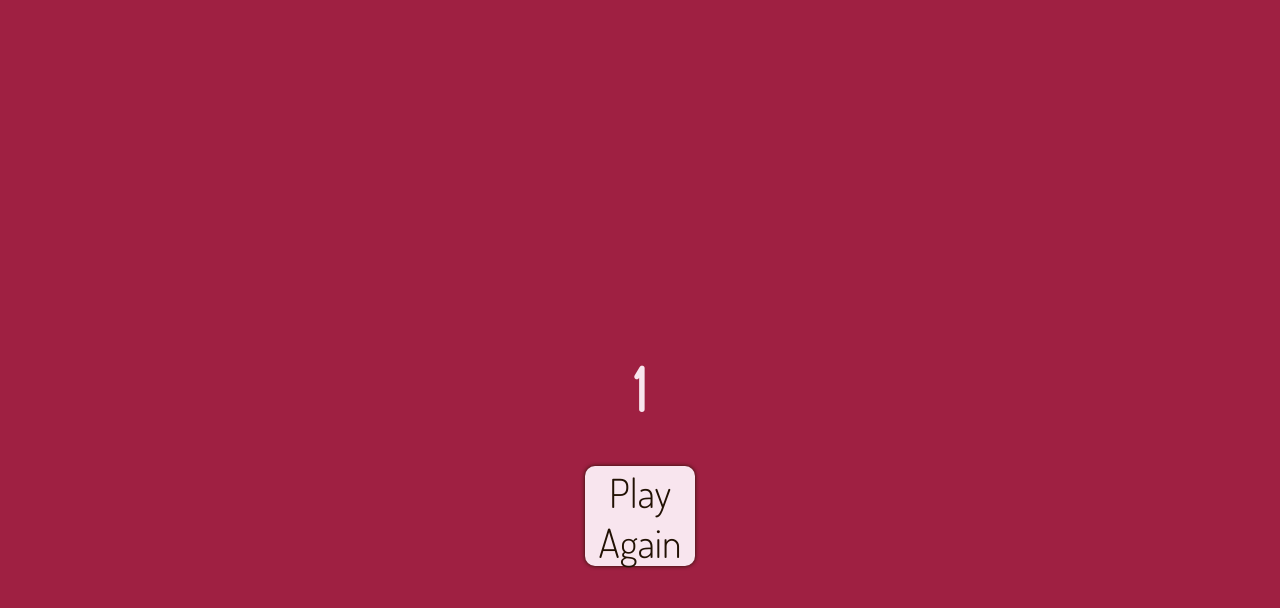
Repository: shayanabedi98/rock-paper-scissors
Page: winner.html
The author's editor kept a copy of each file at every save. The page is drawn from the files as they stood at one save, then again after a run of saves.
The browser window is 1280 px wide. The pictures show the whole page.

Above is the page before, as saved 2023-07-14 02:06:01.
Console error: TypeError: Cannot read properties of null (reading 'addEventListener')

### winner.html
<!DOCTYPE html>
<html lang="en">
<head>
    <meta charset="UTF-8">
    <meta name="viewport" content="width=device-width, initial-scale=1.0">
    <title>Rock, Paper, Scissors</title>
    <link rel="preconnect" href="https://fonts.googleapis.com">
    <link rel="preconnect" href="https://fonts.gstatic.com" crossorigin>
    <link href="https://fonts.googleapis.com/css2?family=Dosis:wght@300&display=swap" rel="stylesheet">
    <link rel="stylesheet" href="styles.css">
</head>
<body>
    <div class="winner">
        <h1>1</h1>
        <button>Play Again</button>
    </div>
    <script src="index.js"></script>
</body>

### styles.css
body {
    font-family:'Dosis', sans-serif;
    margin: 0;
    padding: 0;
    background-color: #9F2042;
    color: #F8E5EE;
}

h1 {
    font-size: 60px;
    margin-top: 0;

}

.header {
    text-align: center;
    background-color: #7B0D1E;
    height: 120px;
    padding-top: 30px;
    box-shadow: 0 0 10px 0 #211103;
}

.caption {
    text-align: center;
    font-size: 30px;
}

.container {
    text-align: center;
    display: block;
    margin-top: 40px;
}

.card {
    display: inline-block;
    background-color: #F8E5EE;
    box-shadow: 0 0 8px 0 #211103;
    margin: 0 40px;
    border-radius: 10px 10px 20px 20px;
}

.card img {
    height: 350px;
    width: 345px;
}

.card h3 {
    font-size: 40px;
    color: #F8E5EE;
    background-color: #3D1308;
    margin-bottom: 0;
    height: 70px;
    padding-top: 10px;
    border-radius: 0  0 10px 10px;
}

.button-container {
    text-align: center;
    margin-top: 50px;
}

#rock, #paper, #scissors {
    font-family: 'Dosis', sans-serif;
    background-color: #F8E5EE;
    color: #211103;
    width: 110px;
    height: 100px;
    cursor: pointer;
    border: 0;
    border-radius: 10px;
    box-shadow: 0 0 4px 0 #211103;
    margin: 0 10px;
}

#rock img, #paper img, #scissors img {
    height: 100px;
}

#rock:hover, #paper:hover, #scissors:hover {
    box-shadow: 0 0 10px 0 #211103;
}

#rock:active, #paper:active, #scissors:active, #rock img:active, #paper img:active, #scissors img:active {
    box-shadow: none;
    height: 99px;
}

.winner {
    text-align: center;
    margin-top: 350px;
}

.winner button {
    font-family: 'Dosis', sans-serif;
    font-size: 40px;
    font-family: 'Dosis', sans-serif;
    background-color: #F8E5EE;
    color: #211103;
    width: 110px;
    height: 100px;
    cursor: pointer;
    border: 0;
    border-radius: 10px;
    box-shadow: 0 0 4px 0 #211103;
    margin: 0 10px;
}

### index.js
var scoreP = 0;
var scoreC = 0;

var caption = document.querySelector('.caption h2');
var rock = document.querySelector('#rock');
var paper = document.querySelector('#paper');
var scissors = document.querySelector('#scissors');
var computer = document.querySelector('.computer img');
var player = document.querySelector('.player img');
var btn = document.querySelectorAll('.btn');
var playerPick;
var computerPick;

function rng() {
    return Math.floor(Math.random() * 3) + 1;
};

rock.addEventListener('click', function() {
    player.src = 'resources/rockleft.png';
    playerPick = 'rock';
});
paper.addEventListener('click', function() {
    player.src = 'resources/paperleft.png';
    playerPick = 'paper';
});
scissors.addEventListener('click', function() {
    player.src = 'resources/scissorsleft.png';
    playerPick = 'scissors';
});

for (let i = 0; i < btn.length; i ++){
    btn[i].addEventListener('click', function() {
        rng();
        if (rng() === 1) {
            computer.src = 'resources/rock.png';
            computerPick = 'rock';
        } else if (rng() === 2) {
            computer.src = 'resources/paper.png';
            computerPick = 'paper';
        } else if (rng() === 3) {
            computer.src = 'resources/scissors.png';
            computerPick = 'scissors';
        }

        if (playerPick === computerPick) {
            caption.innerHTML = 'Tie!';
        }

        else if ((playerPick === 'rock' && computerPick === 'paper') || (playerPick === 'scissors' && computerPick === 'rock') || (playerPick === 'paper' && computerPick === 'scissors')) {
            caption.innerHTML = 'Point for Computer!';
            scoreC ++;
        }

        else if ((playerPick === 'rock' && computerPick === 'scissors') || (playerPick === 'scissors' && computerPick === 'paper') || (playerPick === 'paper' && computerPick === 'rock')) {
            caption.innerHTML = 'Point for Player!';
            scoreP ++;
        }

        document.querySelector('.player h3').innerHTML = 'Player: ' + scoreP;
        document.querySelector('.computer h3').innerHTML = 'Computer: ' + scoreC;
    });
};

After the next 2 saves:
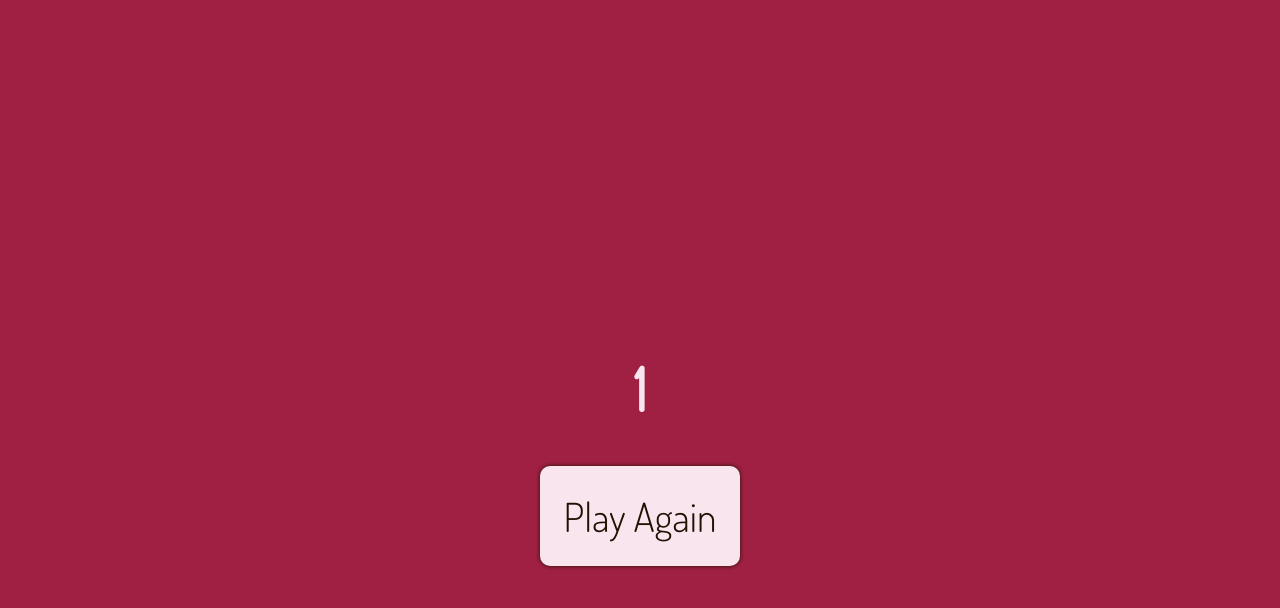
The 2 saves are shown as one change because they came seconds apart.
The last was saved 10 s later.
--- a/styles.css
+++ b/styles.css
@@ -96,7 +96,7 @@ h1 {
     font-family: 'Dosis', sans-serif;
     background-color: #F8E5EE;
     color: #211103;
-    width: 110px;
+    width: 200px;
     height: 100px;
     cursor: pointer;
     border: 0;
